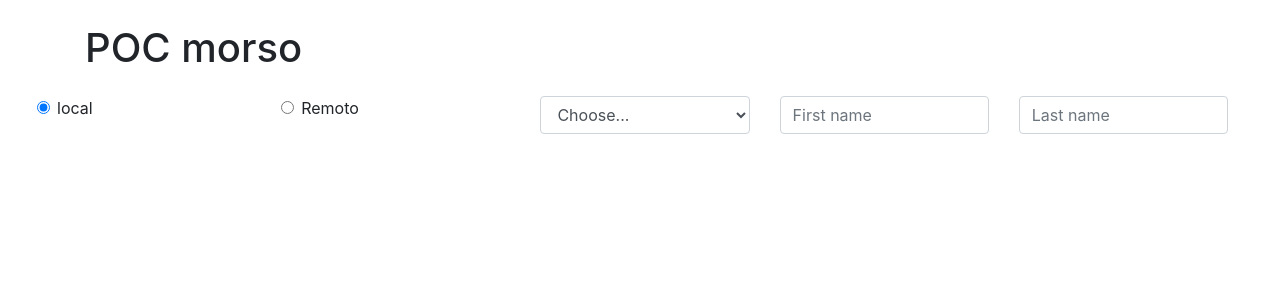
Repository: marisaoliva/poc-execute-cmd
Page: index.html
These files come from the project's save history. The page is drawn as it stood at one moment and after the next save; the edit follows.
The browser window is 1280 px wide. The pictures show the whole page.

Above is the page before, as saved 2019-03-01 14:57:07.

After the next save:
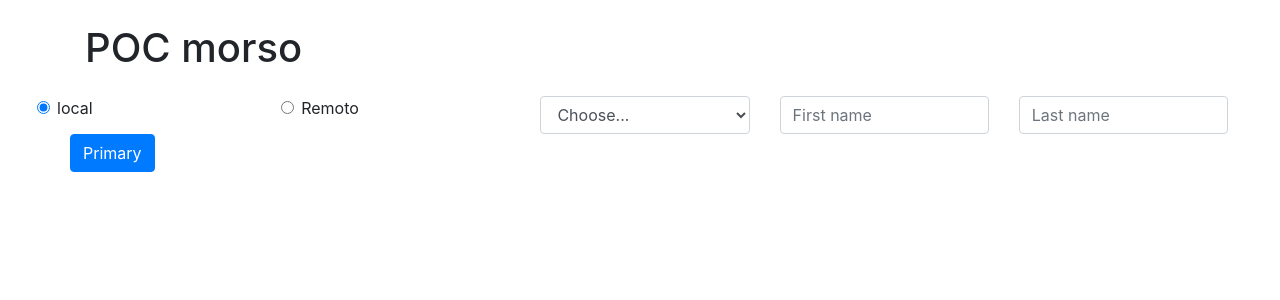
Saved 87 s later.
--- a/index.html
+++ b/index.html
@@ -33,6 +33,9 @@
                     </div>
 
                 </div>
+                <div class='row'>
+                    <button type="button" class="btn btn-primary">Primary</button>
+                </div>
               </form>
         </div>
     </body>
